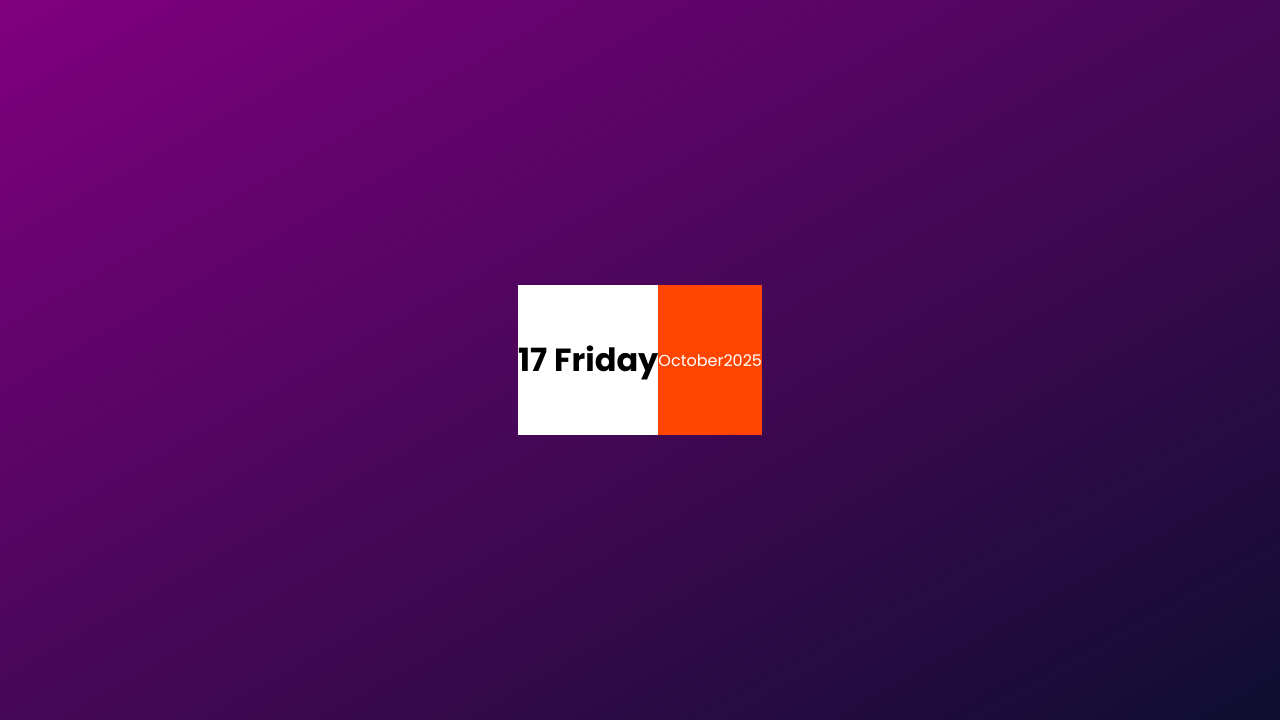
Repository: Ankitkr2021/Calendar
Page: index.html
An editor plug-in stored every save of this project. The page is shown before and after the next save, followed by the edit.
The browser window is 1280 px wide. The pictures show the whole page.

Above is the page before, as saved 2025-10-17 19:24:51.

After the next save:
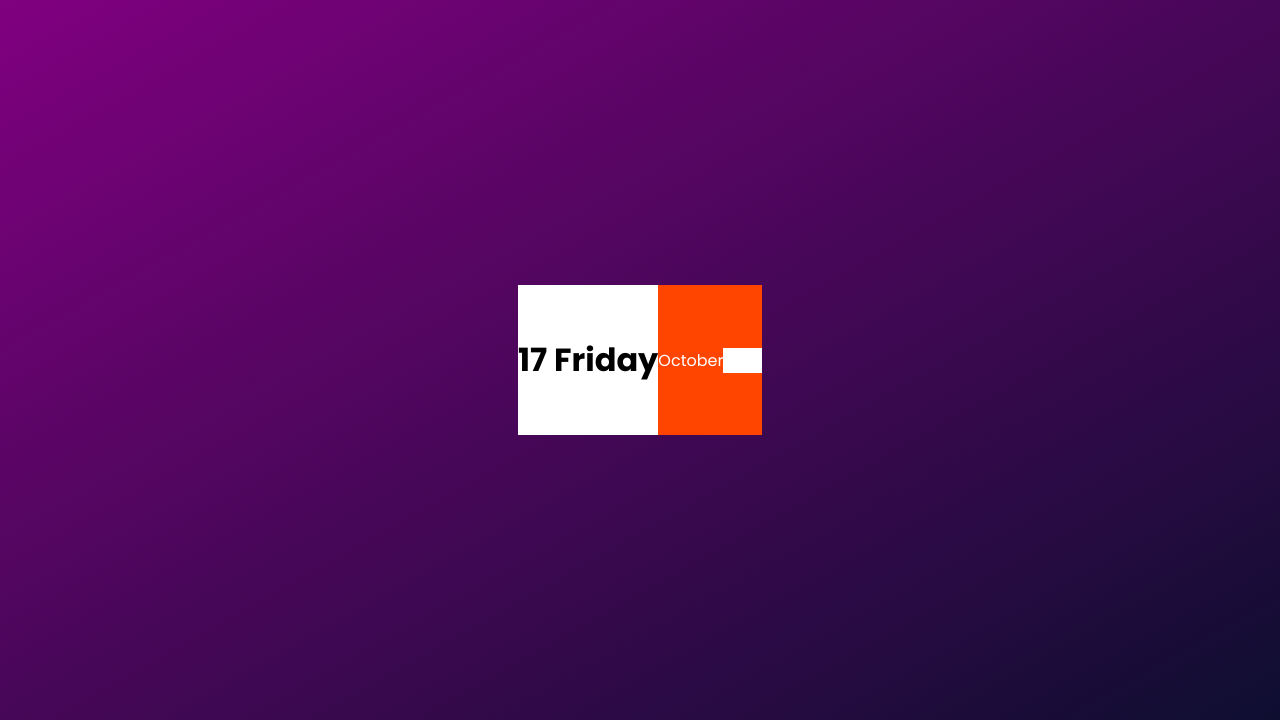
Saved 15 s later.
--- a/style.css
+++ b/style.css
@@ -33,7 +33,8 @@
 }
 
 .year {
-    flex-direction: column;
+    background: #fff;
+
 }
 
 .month{
